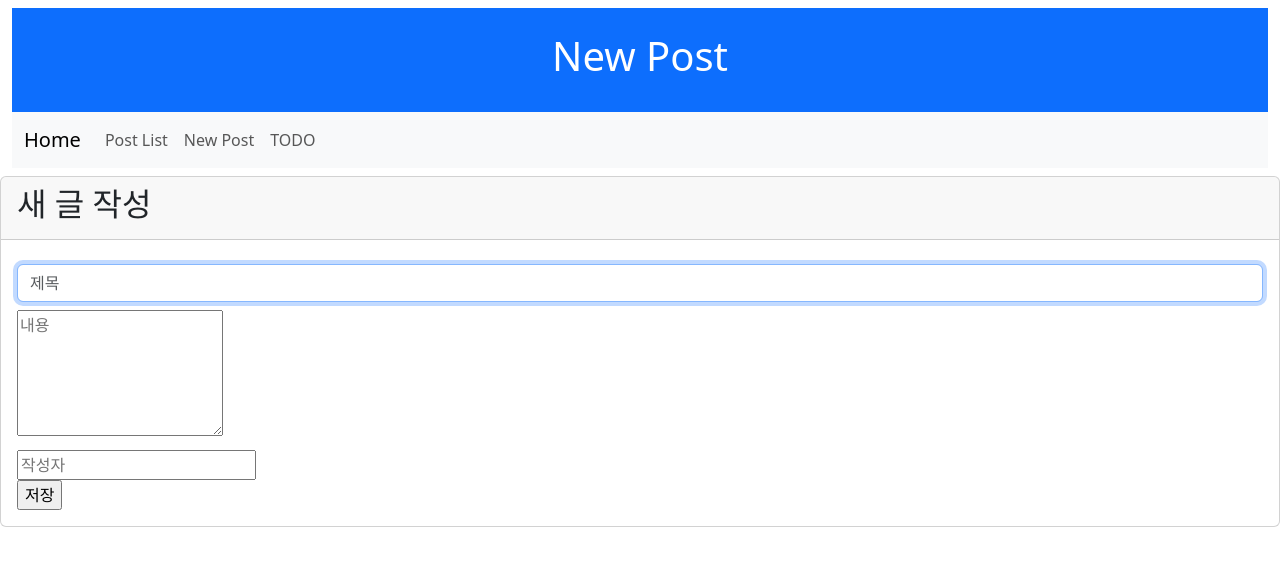
Repository: ldj0905/javaproject
Page: http://localhost/lab05_jsp/post/create
The author's editor kept a copy of each file at every save. The page is drawn from the files as they stood at one save, then again after the next save.
The browser window is 1280 px wide. The pictures show the whole page.
The page is served by Tomcat 10. Other server files are loaded and not shown.

Above is the page before, as saved 2024-05-29 02:52:24.

### lab05_jsp/src/main/webapp/WEB-INF/views/post/create.jsp
<%@ page language="java" contentType="text/html; charset=UTF-8"
    pageEncoding="UTF-8" trimDirectiveWhitespaces="true"%>
<%@ taglib prefix="c" uri="jakarta.tags.core" %>
<!DOCTYPE html>
<html>
<head>
    <meta charset="UTF-8">
    <meta name="viewport" content="width=device-width, initial-scale=1">
    <title>Insert title here</title>
    <link href="https://cdn.jsdelivr.net/npm/bootstrap@5.3.3/dist/css/bootstrap.min.css"
     rel="stylesheet"
     integrity="sha384-QWTKZyjpPEjISv5WaRU9OFeRpok6YctnYmDr5pNlyT2bRjXh0JMhjY6hW+ALEwIH"
     crossorigin="anonymous">
</head>
<body>
    <div class = "container-fluid">
        <c:set var ="pageTitle" value = "New Post" scope = "page"/> <!-- 변수를 선언하겠다 ! -->
        <%@ include file = "../fragments/header.jspf" %> <!-- 헤더 jspf포함시키기 -->
    </div>
    <main>
        <div class = "mt-2 card">
            <div class = "card-header">
                <h2>새 글 작성</h2>
            </div>
            <div class="card-body">
                <c:url var = "newPostPage" value="/post/create" />
                <form method="post" action ="${newPostPage}"></form> <!-- 왜 포스트 방식으로보냄 -->
                    <div class="mt-2">
                        <input class="form-control"
                        type ="text" name="title" placeholder="제목"
                            required autofocus /> <!--autofocus가 뭐하는거임 -->
                    </div>
                    <div class = "mt-2">
                        <textarea  rows="5" name="content"placeholder="내용" required></textarea> <!-- 얘가 글상자 -->
                    </div>
                    <div class = "mt-2">
                        <input type="text" name="author" placeholder="작성자" required/>
                    </div>
                    <div>
                        <input type = "submit" value="저장"/>
                    </div>
            </div>
        </div>
    </main>
    <script src="https://cdn.jsdelivr.net/npm/bootstrap@5.3.3/dist/js/bootstrap.bundle.min.js"
    integrity="sha384-YvpcrYf0tY3lHB60NNkmXc5s9fDVZLESaAA55NDzOxhy9GkcIdslK1eN7N6jIeHz"
    crossorigin="anonymous"></script>
</body>
</html>

### lab05_jsp/src/main/webapp/WEB-INF/views/fragments/header.jspf
<%@ page language="java" contentType="text/html; charset=UTF-8"
    pageEncoding="UTF-8" trimDirectiveWhitespaces="true"%>
<%@ taglib prefix="c" uri="jakarta.tags.core" %>

<header class="mt-2 p-4 bg-primary text-white text-center">
    <h1>${pageTitle}</h1>
</header>

<nav class="navbar navbar-expand-lg bg-body-tertiary">
    <div class="container-fluid">
        <c:url var="homePage" value="/" />
        <a class="navbar-brand" href="${homePage}">Home</a>
        <button class="navbar-toggler" type="button"
            data-bs-toggle="collapse" data-bs-target="#navbarNav"
            aria-controls="navbarNav" aria-expanded="false"
            aria-label="Toggle navigation">
            <span class="navbar-toggler-icon"></span>
        </button>
        <div class="collapse navbar-collapse" id="navbarNav">
            <ul class="navbar-nav">
                <li class="nav-item">
                    <c:url var="postListPage" value="/post/list" />
                    <a class="nav-link" href="${postListPage}">Post List</a>
                </li>
                <li class="nav-item">
                    <c:url var="newPostPage" value="/post/create" />
                    <a class="nav-link" href="${newPostPage}">New Post</a>
                </li>
                <li class="nav-item">
                    <a class="nav-link" href="#">TODO</a>
                </li>
            </ul>
        </div>
    </div>
</nav>

### lab05_jsp/src/main/java/com/itwill/lab05/web/PostCreateController.java
package com.itwill.lab05.web;

import java.io.IOException;

import org.slf4j.Logger;
import org.slf4j.LoggerFactory;

import jakarta.servlet.ServletException;
import jakarta.servlet.annotation.WebServlet;
import jakarta.servlet.http.HttpServlet;
import jakarta.servlet.http.HttpServletRequest;
import jakarta.servlet.http.HttpServletResponse;
//HttpServlet 상속받기
@WebServlet(name = "PostCreateController",urlPatterns = {"/post/create"}) // <<< 얘 왜하는건지 생각좀 해보기
public class PostCreateController extends HttpServlet{
	private static final long serialVersionUID = 1L;

	private static final Logger log = LoggerFactory.getLogger(PostCreateController.class); // 얘는 왜 쓰는거고 클래스이름은 왜넣는지


	//링크를 클릭해서 들어오는거는 GET방식임
	@Override
	protected void doGet(HttpServletRequest req, HttpServletResponse resp) throws ServletException, IOException {
		log.debug("doGet()");
		//TODO 새 글을 작성할 수있는 폼(양식)을 작성하는 뷰(JSP)로 이동 시켜주는 역할.
		//JSP로 이동시키는이유 -> 귀찮아서
		req.getRequestDispatcher("/WEB-INF/views/post/create.jsp").forward(req, resp); //주소 왜 WEB-INF 부터 ?
	}



}

After the next save:
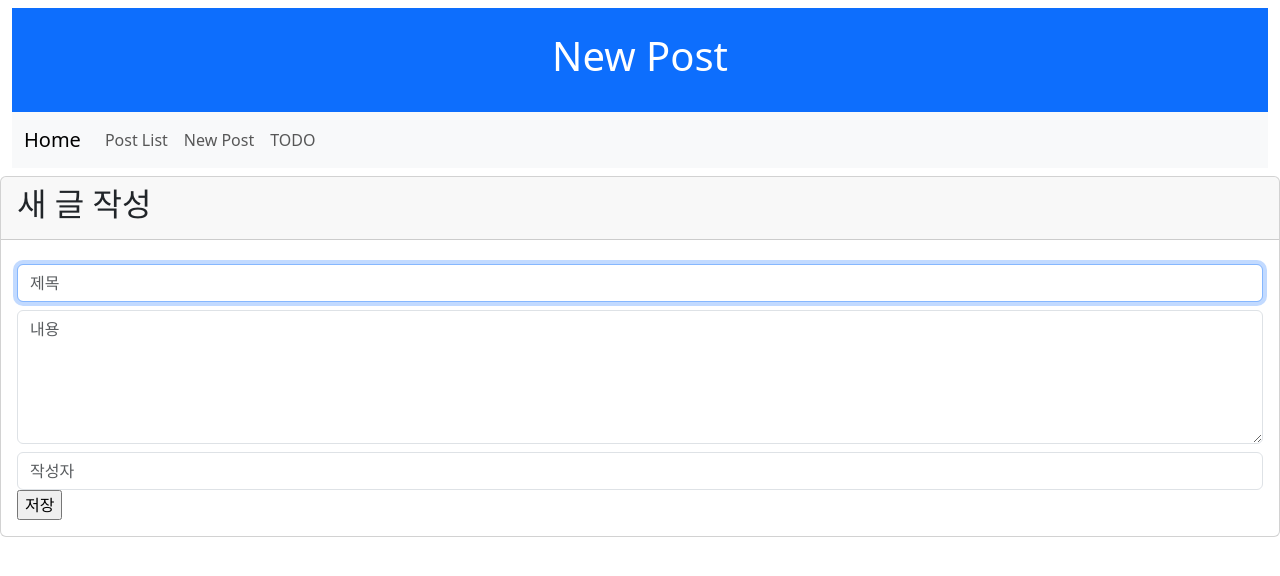
Saved 17 s later.
--- a/lab05_jsp/src/main/webapp/WEB-INF/views/post/create.jsp
+++ b/lab05_jsp/src/main/webapp/WEB-INF/views/post/create.jsp
@@ -31,10 +31,10 @@
                             required autofocus /> <!--autofocus가 뭐하는거임 -->
                     </div>
                     <div class = "mt-2">
-                        <textarea  rows="5" name="content"placeholder="내용" required></textarea> <!-- 얘가 글상자 -->
+                        <textarea class="form-control"  rows="5" name="content"placeholder="내용" required></textarea> <!-- 얘가 글상자 -->
                     </div>
                     <div class = "mt-2">
-                        <input type="text" name="author" placeholder="작성자" required/>
+                        <input class="form-control"  type="text" name="author" placeholder="작성자" required/>
                     </div>
                     <div>
                         <input type = "submit" value="저장"/>
